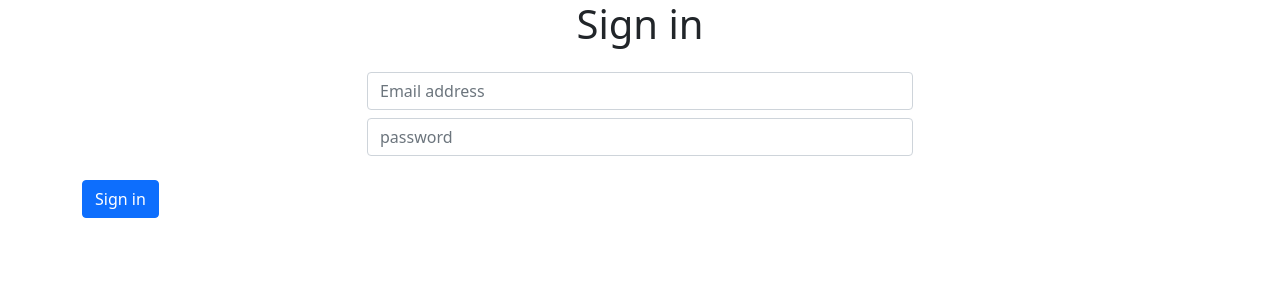
Repository: paresh-art/MyWebsite
Page: http://localhost/com.website/signIn.jsp
The author's editor kept a copy of each file at every save. The page is drawn from the files as they stood at one save, then again after the next save.
The browser window is 1280 px wide. The pictures show the whole page.
The page is served by Tomcat 9. Other server files are loaded and not shown.

Above is the page before, as saved 2022-11-08 08:28:32.

### com.website/src/main/webapp/signIn.jsp
<%@ page language="java" contentType="text/html; charset=UTF-8"
	pageEncoding="UTF-8"%>
<!DOCTYPE html>
<html>
<head>
<meta charset="UTF-8">
<!-- Required meta tags -->
<meta charset="utf-8">
<meta name="viewport" content="width=device-width, initial-scale=1">
<!-- Bootstrap CSS -->
<link
	href="https://cdn.jsdelivr.net/npm/bootstrap@5.0.2/dist/css/bootstrap.min.css"
	rel="stylesheet"
	integrity="sha384-EVSTQN3/azprG1Anm3QDgpJLIm9Nao0Yz1ztcQTwFspd3yD65VohhpuuCOmLASjC"
	crossorigin="anonymous">

<title>Sign in Page</title>
</head>
<body>
	<div class="container">
		<h1 class="mx-auto text-center">Sign in</h1>
		<form action="home.jsp" class="mt-4" method="post">
			<div class="row">
				<div class="col-lg-6 col-md-8 col-sm-12 mx-auto text-light">
					<input type="text" class="form-control" placeholder="Email address"
						name="email">
				</div>
			</div>

			<div class="row mt-2">
				<div class="col-lg-6 col-md-8 col-sm-12 mx-auto text-light">
					<input type="text" class="form-control" placeholder="password"
						name="password">
				</div>
			</div>
			<br>
			<div class="row">
				<div class="col-lg-6 col-md-8 col-sm-12  text-light">
					<button class="btn btn-primary mx-auto" type="submit">Sign in</button>
				</div>

			</div>
		</form>
	</div>

<!-- Optional JavaScript; choose one of the two! -->

	<!-- Option 1: Bootstrap Bundle with Popper -->
	<script
		src="https://cdn.jsdelivr.net/npm/bootstrap@5.0.2/dist/js/bootstrap.bundle.min.js"
		integrity="sha384-MrcW6ZMFYlzcLA8Nl+NtUVF0sA7MsXsP1UyJoMp4YLEuNSfAP+JcXn/tWtIaxVXM"
		crossorigin="anonymous"></script>

	<!-- Option 2: Separate Popper and Bootstrap JS -->
	<!--
    <script src="https://cdn.jsdelivr.net/npm/@popperjs/core@2.9.2/dist/umd/popper.min.js" integrity="sha384-IQsoLXl5PILFhosVNubq5LC7Qb9DXgDA9i+tQ8Zj3iwWAwPtgFTxbJ8NT4GN1R8p" crossorigin="anonymous"></script>
    <script src="https://cdn.jsdelivr.net/npm/bootstrap@5.0.2/dist/js/bootstrap.min.js" integrity="sha384-cVKIPhGWiC2Al4u+LWgxfKTRIcfu0JTxR+EQDz/bgldoEyl4H0zUF0QKbrJ0EcQF" crossorigin="anonymous"></script>
    -->



</body>
</html>

After the next save:
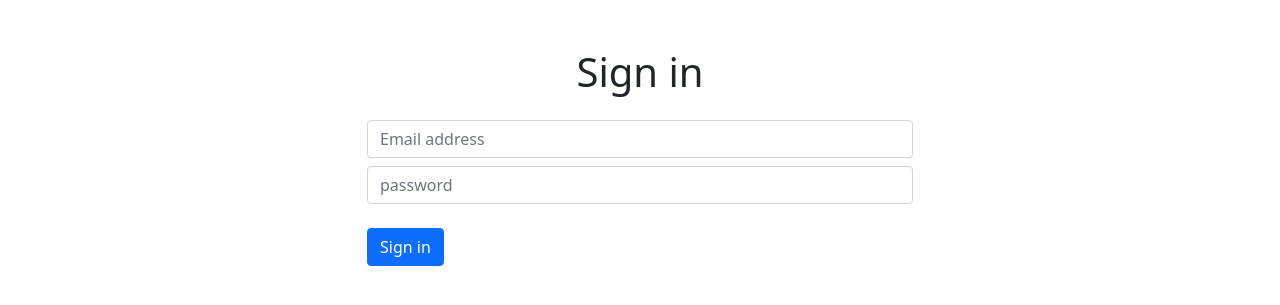
Saved 29 s later.
--- a/com.website/src/main/webapp/signIn.jsp
+++ b/com.website/src/main/webapp/signIn.jsp
@@ -17,7 +17,7 @@
 <title>Sign in Page</title>
 </head>
 <body>
-	<div class="container">
+	<div class="container mt-5">
 		<h1 class="mx-auto text-center">Sign in</h1>
 		<form action="home.jsp" class="mt-4" method="post">
 			<div class="row">
@@ -35,8 +35,8 @@
 			</div>
 			<br>
 			<div class="row">
-				<div class="col-lg-6 col-md-8 col-sm-12  text-light">
-					<button class="btn btn-primary mx-auto" type="submit">Sign in</button>
+				<div class="col-lg-6 col-md-8 col-sm-12 mx-auto text-light">
+					<button class="btn btn-primary " type="submit">Sign in</button>
 				</div>
 
 			</div>
